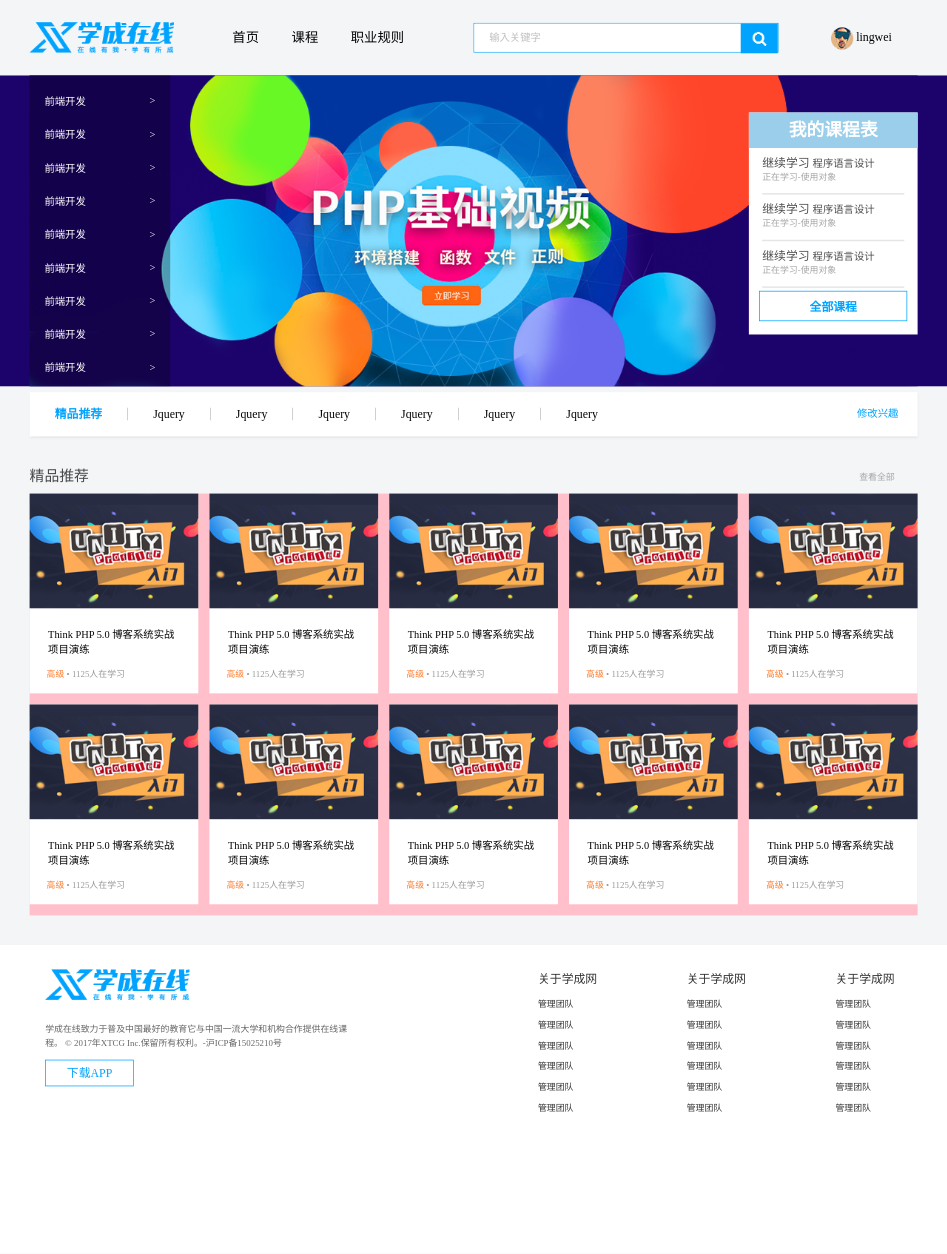
Repository: DengBiHua/xcdx
Page: index.html
These files come from the project's save history. The page is drawn as it stood at one moment and after the next save; the edit follows.
The browser window is 1280 px wide. The pictures show the whole page, at 74% of full size.

Above is the page before, as saved 2022-04-15 11:13:27.

### index.html
<!DOCTYPE html>
<html lang="en">
<head>
    <meta charset="UTF-8">
    <meta http-equiv="X-UA-Compatible" content="IE=edge">
    <meta name="viewport" content="width=device-width, initial-scale=1.0">
    <title>学成在线</title>
    <link rel="stylesheet" href="css/index.css">
</head>
<body>
    <!-- 头部 -->
    <div class="header wrapper">
        <h1>
            <a href="#">
                <img src="images/logo.png" alt="">
            </a>
        </h1>
        <!-- 导航 -->
        <div class="nav">
            <ul>
                <li><a href="#">首页</a></li>
                <li><a href="#">课程</a></li>
                <li><a href="#">职业规则</a></li>
            </ul>
        </div>
        <!-- 搜索 -->
        <div class="search">
            <input type="text" placeholder="输入关键字">
            <button></button>
        </div>
        <!-- 用户 -->
        <div class="user">
            <img src="./images/user.png" alt="">
            <span>lingwei</span>
        </div>
    </div>
    <div class="banner">
        <div class="wrapper">
            <div class="left">
                <ul>
                    <li><a href="#">前端开发<span>></span></a></li>
                    <li><a href="#">前端开发<span>></span></a></li>
                    <li><a href="#">前端开发<span>></span></a></li>
                    <li><a href="#">前端开发<span>></span></a></li>
                    <li><a href="#">前端开发<span>></span></a></li>
                    <li><a href="#">前端开发<span>></span></a></li>
                    <li><a href="#">前端开发<span>></span></a></li>
                    <li><a href="#">前端开发<span>></span></a></li>
                    <li><a href="#">前端开发<span>></span></a></li>
                </ul>
            </div>
            <div class="right">
                <h2>我的课程表</h2>
                <div class="content">
                    <dl>
                        <dt>
                            <span class="titleLeft">继续学习</span>
                            <span class="titleRight">程序语言设计</span>
                        </dt>
                        <dd>正在学习-使用对象</dd>
                    </dl>
                    <dl>
                        <dt>
                            <span class="titleLeft">继续学习</span>
                            <span class="titleRight">程序语言设计</span>
                        </dt>
                        <dd>正在学习-使用对象</dd>
                    </dl>
                    <dl>
                        <dt>
                            <span class="titleLeft">继续学习</span>
                            <span class="titleRight">程序语言设计</span>
                        </dt>
                        <dd>正在学习-使用对象</dd>
                    </dl>
                </div>
                <a href="#" class="all">全部课程</a>
            </div>
        </div>
    </div>
    <!-- 精品推荐 -->
    <div class="recommend wrapper">
        <h2>精品推荐</h2>
        <ul>
            <li><a href="#">Jquery</a></li>
            <li><a href="#">Jquery</a></li>
            <li><a href="#">Jquery</a></li>
            <li><a href="#">Jquery</a></li>
            <li><a href="#">Jquery</a></li>
            <li><a href="#">Jquery</a></li>
        </ul>
        <a href="#" class="interest">修改兴趣</a>
    </div>
    <div class="recommendDetail wrapper">
        <div class="title">
            <h2>精品推荐</h2>
            <a href="#">查看全部</a>
        </div>
        <div class="content clearfix">
            <ul>
                <li>
                    <a href="#">
                        <img src="./images/course07.png" alt="">
                        <h3>Think PHP 5.0 博客系统实战项目演练</h3>
                        <p><span>高级</span>  •  1125人在学习</p>
                    </a>
                </li>
                <li>
                    <a href="#">
                        <img src="./images/course07.png" alt="">
                        <h3>Think PHP 5.0 博客系统实战项目演练</h3>
                        <p><span>高级</span>  •  1125人在学习</p>
                    </a>
                </li>
                <li>
                    <a href="#">
                        <img src="./images/course07.png" alt="">
                        <h3>Think PHP 5.0 博客系统实战项目演练</h3>
                        <p><span>高级</span>  •  1125人在学习</p>
                    </a>
                </li>
                <li>
                    <a href="#">
                        <img src="./images/course07.png" alt="">
                        <h3>Think PHP 5.0 博客系统实战项目演练</h3>
                        <p><span>高级</span>  •  1125人在学习</p>
                    </a>
                </li>
                <li>
                    <a href="#">
                        <img src="./images/course07.png" alt="">
                        <h3>Think PHP 5.0 博客系统实战项目演练</h3>
                        <p><span>高级</span>  •  1125人在学习</p>
                    </a>
                </li>
                <li>
                    <a href="#">
                        <img src="./images/course07.png" alt="">
                        <h3>Think PHP 5.0 博客系统实战项目演练</h3>
                        <p><span>高级</span>  •  1125人在学习</p>
                    </a>
                </li>
                <li>
                    <a href="#">
                        <img src="./images/course07.png" alt="">
                        <h3>Think PHP 5.0 博客系统实战项目演练</h3>
                        <p><span>高级</span>  •  1125人在学习</p>
                    </a>
                </li>
                <li>
                    <a href="#">
                        <img src="./images/course07.png" alt="">
                        <h3>Think PHP 5.0 博客系统实战项目演练</h3>
                        <p><span>高级</span>  •  1125人在学习</p>
                    </a>
                </li>
                <li>
                    <a href="#">
                        <img src="./images/course07.png" alt="">
                        <h3>Think PHP 5.0 博客系统实战项目演练</h3>
                        <p><span>高级</span>  •  1125人在学习</p>
                    </a>
                </li>
                <li>
                    <a href="#">
                        <img src="./images/course07.png" alt="">
                        <h3>Think PHP 5.0 博客系统实战项目演练</h3>
                        <p><span>高级</span>  •  1125人在学习</p>
                    </a>
                </li>
            </ul>
        </div>
    </div>
    <div class="footer">
        <div class="wrapper">
            <div class="left">
                <img src="./images/logo.png" alt="">
                <p>学成在线致力于普及中国最好的教育它与中国一流大学和机构合作提供在线课程。
                    © 2017年XTCG Inc.保留所有权利。-沪ICP备15025210号</p>
                <a href="#">下载APP</a>
            </div>
            <div class="right">
                <dl>
                    <dt>关于学成网</dt>
                    <dd>管理团队</dd>
                    <dd>管理团队</dd>
                    <dd>管理团队</dd>
                    <dd>管理团队</dd>
                    <dd>管理团队</dd>
                    <dd>管理团队</dd>
                </dl>
                <dl>
                    <dt>关于学成网</dt>
                    <dd>管理团队</dd>
                    <dd>管理团队</dd>
                    <dd>管理团队</dd>
                    <dd>管理团队</dd>
                    <dd>管理团队</dd>
                    <dd>管理团队</dd>
                </dl>
                <dl>
                    <dt>关于学成网</dt>
                    <dd>管理团队</dd>
                    <dd>管理团队</dd>
                    <dd>管理团队</dd>
                    <dd>管理团队</dd>
                    <dd>管理团队</dd>
                    <dd>管理团队</dd>
                </dl>
            </div>
        </div>
    </div>
</body>
</html>

### css/index.css
/* css代码顺序
1、浮动/display
2、盒子模型
3、文字样式
 */

/* 通用模版 */
* {
    margin: 0;
    padding: 0;
    /* 内减模式 */
    box-sizing: border-box;
}
li {
    /* 清除列表前方小圆点 */
    list-style-type: none;
}
a {
    /* 去除超链接文字的下划线 */
    text-decoration: none;
}
.clearfix::before,.clearfix::after {
    content: "";
    display: table;
}
.clearfix::after {
    clear: both;
}

/* 版心 */
.wrapper {
    width: 1200px;
    margin: 0 auto;
}

body {
    background-color: #f3f5f7;
}

/* 头部 */
.header {
    height: 42px;
    margin: 30px auto;
}

h1 {
    float: left;
}

/* 导航 */
.nav {
    float: left;

    height: 42px;
    margin-left: 70px;
}

.nav li {
    float: left;

    margin-right: 26px;
}

.nav li a {
    display: block;

    padding: 0 9px;
    height: 42px;
    line-height: 42px;

    font-size: 18px;
    color: #050505;
}

.nav li a:hover {
    border-bottom: 2px solid #00a4ff;
}

.search {
    float: left;
    margin-left: 59px;
    margin-top: 1px;
    width: 412px;
    height: 40px;
    border: 1px solid #00a4ff;
}

.search input {
    float: left;
    padding-left: 20px;
    width: 360px;
    height: 38px;
    border: 0;
}

.search input::placeholder {
    font-size: 14px;
    color: #bfbfbf;
}

.search button {
    float: left;
    width: 50px;
    height: 40px;
    background-image: url(../images/btn.png);
    border: 0;
}

.user {
    float: right;
    margin-right: 35px;
    height: 42px;
    line-height: 42px;
}

.user img {
    /* 调节图片垂直方向对齐方式 */
    vertical-align: middle;
}

.banner {
    height: 420px;
    background-color: #1c036c;
}

.banner .wrapper {
    height: 420px;
    background-image: url(../images/banner2.png);
}

.banner .left {
    float: left;
    padding: 0 20px;
    width: 190px;
    height: 420px;
    background-color: rgba(0, 0, 0, 0.3);
    line-height: 44px;
}

.banner ul {
    margin-top: 13px;
}

.banner a {
    font-size: 14px;
    color: #ffffff;
}

.banner a:hover {
    color: #00b4ff;
}

.banner .left span {
    float: right;
}

.banner .right {
    float: right;
    margin-top: 50px;
    width: 228px;
    height: 300px;
    background-color: #ffffff;
}

.banner .right h2 {
    height: 48px;
    background-color: #9bceea;
    font: 18px;
    color: #ffffff;
    text-align: center;
    line-height: 48px;
}

.banner .content {
    padding: 0 18px;
}

.banner .right dl {
    padding: 12px 0;
    border-bottom: 2px solid #e5e5e5;
}

.banner .right .content dt {
    color: #4e4e4e;
    line-height: 16px;
}

.banner .right .titleLeft {
    font-size: 16px;
}

.banner .right .titleRight {
    font-size: 14px;
}

.banner .right .content dd {
    color: #a5a5a5;
    font-size: 12px;
    line-height: 20px;
}

.banner .right .all {
    display: block;
    margin: 4px auto 0;
    width: 200px;
    height: 41px;
    border: 1px solid #00a4ff;
    font-weight: 700;
    font-size: 16px;
    color: #00a4ff;
    text-align: center;
    line-height: 41px;
}

.recommend {
    margin-top: 8px;
    height: 60px;
    background-color: #ffffff;
    box-shadow: 0px 2px 3px 0px rgba(118, 118, 118, 0.2);
    line-height: 60px;
}

.recommend h2 {
    float: left;
    width: 132px;
    text-align: center;
    font-size: 16px;
    font-weight: bold;
    color: #00a4ff;
}

.recommend ul {
    float: left;
}

.recommend ul li {
    float: left;
}

.recommend ul li a {
    padding: 0 34px;
    border-left: 1px solid #bfbfbf;
    font-size: 16px;
    color: #050505;
}

.recommend .interest {
    float: right;
    padding: 0 26px;
    font-size: 14px;
    color: #00a4ff;
}

.recommendDetail {
    margin-top: 37px;
}

.recommendDetail .title {
    height: 40px;
}

.recommendDetail .title h2 {
    float: left;
    font-size: 20px;
    color: #494949;
    font-weight: 400;
}

.recommendDetail .title a {
    float: right;
    padding: 8px 31px 0;
    font-size: 12px;
    color: #a5a5a5;
}

.recommendDetail .content {
    background-color: pink;
}

.recommendDetail .content li {
    float: left;
    margin-right: 15px;
    margin-bottom: 15px;
}

.recommendDetail .content li:nth-child(5n) {
    margin-right: 0px;
}

.recommendDetail .content a {
    display: block;
    width: 228px;
    height: 270px;
    background-color: #ffffff;
}

.recommendDetail .content h3 {
    margin: 20px 25px 0;
    font-size: 14px;
    font-weight: 400;
    color: #050505;
}

.recommendDetail .content p {
    margin-left: 23px;
    margin-top: 15px;
    font-size: 12px;
    color: #999999;
}

.recommendDetail .content p span {
    color: #ff7c2d;
}

.footer {
    margin-top: 40px;
    padding-top: 33px;
    height: 417px;
    background-color: #ffffff;
}

.footer .left {
    float: left;
    margin-left: 21px;
    width: 426px;
}

.footer .left p {
    margin-top: 25px;
    font-size: 12px;
    color: #666666;
}

.footer .left a {
    display: block;
    margin-top: 15px;
    width: 120px;
    height: 36px;
    border: 1px solid #00a4ff;
    font-size: 16px;
    color: #00a4ff;
    text-align: center;
    line-height: 36px;
}

.footer .right {
    float: right;
    margin-right: 31px;
}

.footer .right dl {
    float: left;
    margin-left: 121px;
}

.footer .right dt {
    margin-bottom: 8px;
    font-size: 16px;
    color: #333333;
}

.footer .right dd {
    padding: 5px 0;
    font-size: 12px;
    color: #333333;
}

After the next save:
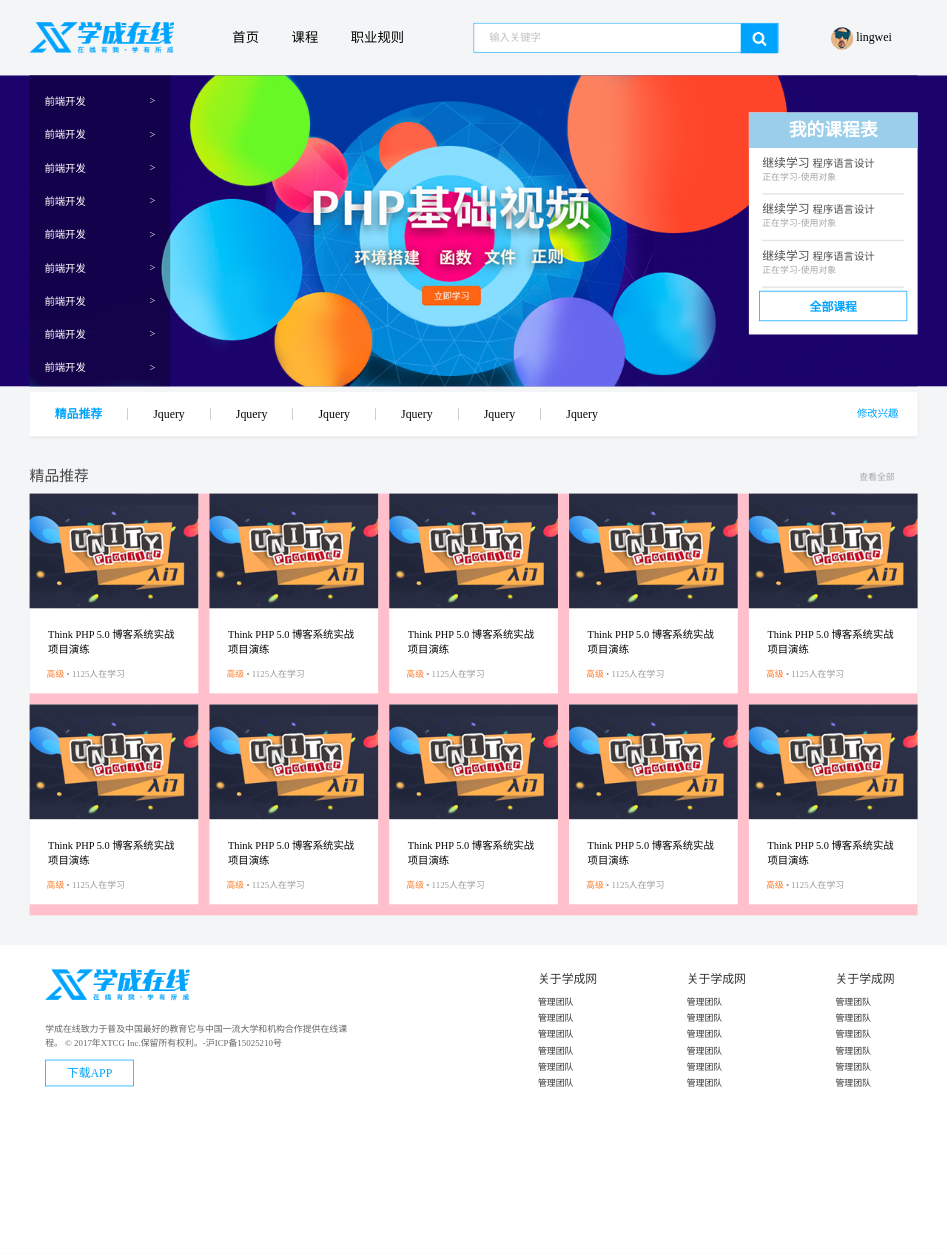
Saved 21 s later.
--- a/css/index.css
+++ b/css/index.css
@@ -360,7 +360,7 @@
 }
 
 .footer .right dd {
-    padding: 5px 0;
+    padding: 2px 0;
     font-size: 12px;
     color: #333333;
 }
